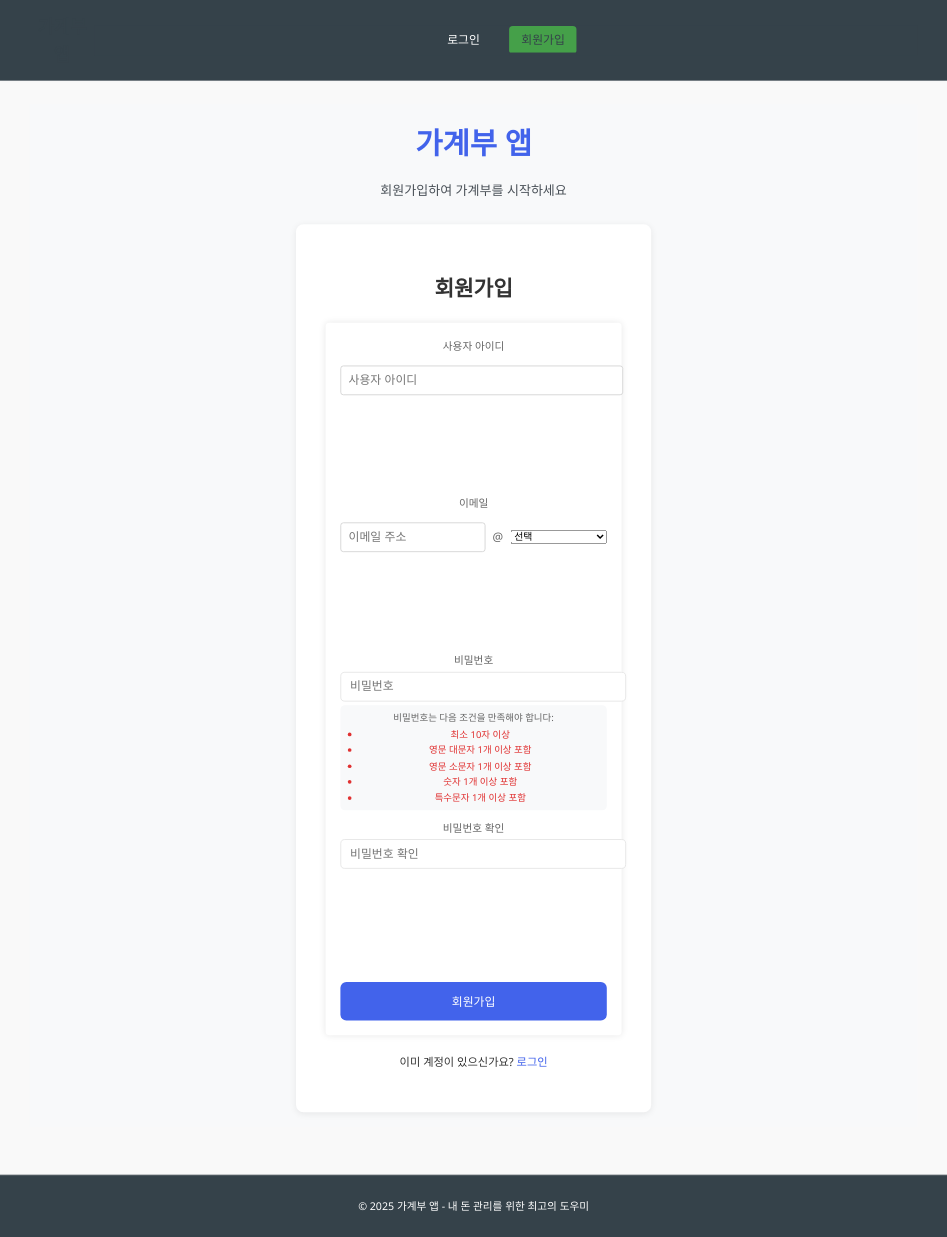
Repository: dldnwls07/Register_Login_Form
Page: /register
An editor plug-in stored every save of this project. The page is shown before and after the next save, followed by the edit.
The browser window is 1280 px wide. The pictures show the whole page, at 74% of full size.
The project was rebuilt for these pictures with package versions that can differ from the ones it lists, and the page was loaded fresh each time. Also part of the build but not shown: src/components/Summary.jsx, src/styles/pages/MainPage.css, src/pages/MainPage.jsx, src/utils/categoryData.js, src/components/CategorySelector.jsx, src/components/EntryForm.jsx, src/components/EntryTable.jsx, src/components/SearchBar.jsx and 15 more.

Above is the page before, as saved 2025-05-23 14:11:57.

### public/index.html
<!DOCTYPE html>
<html lang="en">
<head>
    <meta charset="UTF-8">
    <meta name="viewport" content="width=device-width, initial-scale=1.0">
    <title>My Money App</title>
</head>
<body>
    <div id="root"></div>
</body>
</html>

### src/styles/App.css
/* Added CSS variables for theme */
:root {
  --background-light: #f9f9f9;
  --background-dark: #121212;
  --text-light: #333;
  --text-dark: #eee;
  --primary-color: #35424a;
  --accent-color: #45a049;
  --border-radius: 5px;
  --box-shadow: 0 0 10px rgba(0, 0, 0, 0.1);
}

body {
  font-family: 'Segoe UI', Tahoma, Geneva, Verdana, sans-serif;
  background-color: var(--background-light);
  color: var(--text-light);
  margin: 0;
  padding: 0;
}

.dark body {
  background-color: var(--background-dark);
  color: var(--text-dark);
}

.container {
    width: 80%;
    margin: auto;
    overflow: hidden;
}

header {
    background: #35424a;
    color: #ffffff;
    padding: 10px 0;
    text-align: center;
}

h1 {
    margin: 0;
}

form {
    background: #ffffff;
    padding: 20px;
    border-radius: 5px;
    box-shadow: 0 0 10px rgba(0, 0, 0, 0.1);
}

input[type="text"],
input[type="number"] {
    width: 100%;
    padding: 10px;
    margin: 10px 0;
    border: 1px solid #ccc;
    border-radius: 4px;
}

button {
    background: #35424a;
    color: #ffffff;
    border: none;
    padding: 10px 15px;
    border-radius: 5px;
    cursor: pointer;
}

button:hover {
    background: #45a049;
}

.table {
    width: 100%;
    margin-top: 20px;
    border-collapse: collapse;
}

.table th,
.table td {
    border: 1px solid #ddd;
    padding: 8px;
}

.table th {
    background-color: #35424a;
    color: white;
}

.summary {
    background: #ffffff;
    padding: 20px;
    border-radius: 5px;
    box-shadow: 0 0 10px rgba(0, 0, 0, 0.1);
    margin-top: 20px;
}

.pie-chart {
    margin-top: 20px;
}

/* Added media query for responsiveness */
@media (max-width: 768px) {
  .entry-form {
    flex-direction: column;
  }
}

/* 앱 레이아웃 스타일 */
.App {
  display: flex;
  flex-direction: column;
  min-height: 100vh;
}

.App-header {
  background-color: var(--primary-color);
  color: white;
  padding: 1rem 0;
  text-align: center;
}

.App-content {
  flex: 1;
  padding: 2rem;
  max-width: 1200px;
  margin: 0 auto;
  width: 100%;
}

.App-footer {
  background-color: var(--primary-color);
  color: white;
  text-align: center;
  padding: 1rem 0;
  margin-top: 2rem;
}

/* 네비게이션 스타일 */
.main-navigation {
  background-color: var(--primary-color);
  padding: 0.5rem 0;
}

.nav-links {
  display: flex;
  justify-content: center;
  gap: 1.5rem;
  padding: 0;
  margin: 0;
}

.nav-links a {
  color: white;
  text-decoration: none;
  padding: 0.5rem 1rem;
  border-radius: var(--border-radius);
  transition: background-color 0.3s;
}

.nav-links a:hover, .nav-links a.active {
  background-color: var(--accent-color);
}

/* 카드 스타일 */
.navigation-links {
  display: grid;
  grid-template-columns: repeat(auto-fit, minmax(300px, 1fr));
  gap: 2rem;
  margin-top: 2rem;
}

.nav-card {
  background-color: white;
  padding: 1.5rem;
  border-radius: var(--border-radius);
  box-shadow: var(--box-shadow);
  transition: transform 0.3s, box-shadow 0.3s;
}

.nav-card:hover {
  transform: translateY(-5px);
  box-shadow: 0 10px 20px rgba(0, 0, 0, 0.15);
}

.nav-link {
  text-decoration: none;
  color: var(--text-light);
}

/* 페이지 스타일 */
.main-page, .spending-page, .goal-page, .analysis-page {
  padding: 1rem 0;
}

.back-link {
  margin-bottom: 2rem;
}

.back-link a {
  color: var(--primary-color);
  text-decoration: none;
  display: flex;
  align-items: center;
  gap: 0.5rem;
}

.back-link a:hover {
  text-decoration: underline;
}

/* 콘텐츠 레이아웃 */
.spending-content, .goal-content, .analysis-content {
  display: grid;
  grid-template-columns: 1fr;
  gap: 2rem;
}

@media (min-width: 768px) {
  .spending-content, .goal-content, .analysis-content {
    grid-template-columns: repeat(2, 1fr);
  }
}

### src/pages/auth/RegisterPage.jsx
import React from 'react';
import { useNavigate } from 'react-router-dom';
import RegisterForm from '../../components/RegisterForm';
import '../../styles/pages/AuthPage.css';

const RegisterPage = () => {
  const navigate = useNavigate();

  const handleRegisterSuccess = () => {
    navigate('/login', {
      state: { message: '회원가입에 성공했습니다. 로그인해주세요.' }
    });
  };

  return (
    <div className="auth-page">
      <div className="auth-container">
        <h1>가계부 앱</h1>
        <p className="auth-description">회원가입하여 가계부를 시작하세요</p>
        <RegisterForm onRegisterSuccess={handleRegisterSuccess} />
      </div>
    </div>
  );
};

export default RegisterPage;

### src/components/Navigation.jsx
import React from 'react';
import { Link, useLocation } from 'react-router-dom';
import { useAuth } from '../hooks/useAuth';

const Navigation = () => {
  const location = useLocation();
  const { user } = useAuth();

  return (
    <nav className="main-navigation">
      <ul className="nav-links">
        {user ? (
          // 로그인된 사용자용 메뉴
          <>
            <li>
              <Link to="/" className={location.pathname === '/' ? 'active' : ''}>
                대시보드
              </Link>
            </li>
            <li>
              <Link to="/spending" className={location.pathname === '/spending' ? 'active' : ''}>
                지출 관리
              </Link>
            </li>
            <li>
              <Link to="/goal" className={location.pathname === '/goal' ? 'active' : ''}>
                목표 설정
              </Link>
            </li>
            <li>
              <Link to="/analysis" className={location.pathname === '/analysis' ? 'active' : ''}>
                지출 분석
              </Link>
            </li>
            <li>
              <Link to="/profile" className={location.pathname === '/profile' ? 'active' : ''}>
                프로필
              </Link>
            </li>
          </>
        ) : (
          // 로그인되지 않은 사용자용 메뉴
          <>
            <li>
              <Link to="/login" className={location.pathname === '/login' ? 'active' : ''}>
                로그인
              </Link>
            </li>
            <li>
              <Link to="/register" className={location.pathname === '/register' ? 'active' : ''}>
                회원가입
              </Link>
            </li>
          </>
        )}
      </ul>
    </nav>
  );
};

export default Navigation;

### src/styles/Common.css
/* 공통 스타일 - 네비게이션, 헤더, 푸터 등 공통 요소 디자인 */

:root {
  --primary-color: #2D7FF9;
  --accent-color: #00D1D1;
  --text-color: #333333;
  --text-light: #666666;
  --background-color: #F5F7FC;
  --card-background: #FFFFFF;
  --border-radius: 16px;
  --box-shadow: 0 2px 10px rgba(0, 0, 0, 0.05);
  --hover-shadow: 0 10px 20px rgba(0, 0, 0, 0.1);
  --transition: 0.2s ease;
}

body {
  font-family: 'Pretendard', -apple-system, BlinkMacSystemFont, system-ui, Roboto, 'Helvetica Neue', 'Segoe UI', sans-serif;
  background-color: var(--background-color);
  color: var(--text-color);
  margin: 0;
  padding: 0;
  line-height: 1.6;
}

/* 앱 레이아웃 */
.App {
  display: flex;
  flex-direction: column;
  min-height: 100vh;
}

/* 헤더 스타일 */
.App-header {
  background-color: var(--card-background);
  box-shadow: 0 1px 5px rgba(0, 0, 0, 0.03);
  padding: 1.25rem 0;
  position: sticky;
  top: 0;
  z-index: 100;
}

.header-container {
  display: flex;
  flex-direction: column;
  align-items: center;
  max-width: 1200px;
  margin: 0 auto;
  padding: 0 1.5rem;
}

@media (min-width: 768px) {
  .header-container {
    flex-direction: row;
    justify-content: space-between;
  }
}

.App-header h1 {
  font-size: 1.5rem;
  font-weight: 700;
  color: var(--primary-color);
  margin: 0;
}

/* 메인 컨텐츠 스타일 */
.App-content {
  flex: 1;
  max-width: 1200px;
  margin: 0 auto;
  width: 100%;
  padding: 2rem 1.5rem;
}

/* 푸터 스타일 */
.App-footer {
  background-color: var(--card-background);
  padding: 1.5rem 0;
  margin-top: 3rem;
  text-align: center;
  font-size: 0.9rem;
  color: var(--text-light);
  border-top: 1px solid #eaeaea;
}

/* 네비게이션 스타일 */
.main-navigation {
  width: 100%;
  display: flex;
  justify-content: center;
  margin-top: 1rem;
}

@media (min-width: 768px) {
  .main-navigation {
    margin-top: 0;
  }
}

.nav-links {
  display: flex;
  gap: 1.5rem;
  padding: 0;
  margin: 0;
  list-style: none;
}

.nav-links a {
  color: var(--text-light);
  text-decoration: none;
  font-size: 1rem;
  font-weight: 500;
  padding: 0.5rem;
  transition: color var(--transition);
  position: relative;
}

.nav-links a:before {
  content: '';
  position: absolute;
  bottom: 0;
  left: 0;
  width: 0;
  height: 2px;
  background-color: var(--primary-color);
  transition: width var(--transition);
}

.nav-links a:hover, .nav-links a.active {
  color: var(--primary-color);
}

.nav-links a:hover:before, .nav-links a.active:before {
  width: 100%;
}

### src/styles/pages/AuthPage.css
/* 인증 페이지 스타일 */
.auth-page {
  display: flex;
  justify-content: center;
  align-items: center;
  min-height: 100vh;
  background-color: #f8f9fa;
}

.auth-container {
  width: 100%;
  max-width: 500px;
  padding: 20px;
  text-align: center;
}

.auth-page h1 {
  font-size: 2.5rem;
  margin-bottom: 0.5rem;
  color: #4263eb;
  font-weight: 700;
}

.auth-description {
  font-size: 1.1rem;
  color: #495057;
  margin-bottom: 2rem;
}

/* 반응형 조정 */
@media (max-width: 576px) {
  .auth-container {
    padding: 15px;
  }

  .auth-page h1 {
    font-size: 2rem;
  }

  .auth-description {
    font-size: 1rem;
  }
}

### src/styles/components/GoalSetter.css
/* GoalSetter 컴포넌트 스타일 */
.goal-setter {
  background-color: #fff;
  border-radius: 12px;
  padding: 24px;
  box-shadow: 0 2px 8px rgba(0, 0, 0, 0.08);
  margin-bottom: 24px;
}

.goal-setter h2 {
  font-size: 1.5rem;
  margin-bottom: 20px;
  color: #333;
  font-weight: 600;
}

.goal-form {
  margin-bottom: 24px;
  display: flex;
  flex-wrap: wrap;
  gap: 16px;
}

.form-group {
  flex: 1 1 200px;
  margin-bottom: 16px;
}

.form-group label {
  display: block;
  font-size: 0.9rem;
  margin-bottom: 6px;
  color: #666;
  font-weight: 500;
}

.form-group input {
  width: 100%;
  padding: 12px 16px;
  border: 1px solid #e0e0e0;
  border-radius: 8px;
  font-size: 1rem;
  transition: border 0.2s;
}

.form-group input:focus {
  border-color: #4263eb;
  outline: none;
}

.input-with-icon {
  position: relative;
}

.input-with-icon input {
  padding-right: 40px;
}

.currency-symbol {
  position: absolute;
  right: 16px;
  top: 50%;
  transform: translateY(-50%);
  color: #888;
}

.goal-submit-button {
  background-color: #4263eb;
  color: white;
  border: none;
  border-radius: 8px;
  padding: 12px 24px;
  font-size: 1rem;
  font-weight: 500;
  cursor: pointer;
  transition: background 0.2s;
}

.goal-submit-button:hover {
  background-color: #3249b1;
}

.goal-status {
  background-color: #f8f9fa;
  border-radius: 8px;
  padding: 20px;
}

.goal-header {
  display: flex;
  justify-content: space-between;
  align-items: center;
  margin-bottom: 16px;
}

.goal-header h3 {
  font-size: 1.2rem;
  font-weight: 500;
  margin: 0;
}

.achievement-toggle {
  display: flex;
  align-items: center;
  gap: 8px;
}

/* 토글 스위치 스타일 */
.switch {
  position: relative;
  display: inline-block;
  width: 48px;
  height: 24px;
}

.switch input {
  opacity: 0;
  width: 0;
  height: 0;
}

.slider {
  position: absolute;
  cursor: pointer;
  top: 0;
  left: 0;
  right: 0;
  bottom: 0;
  background-color: #ccc;
  transition: .4s;
}

.slider:before {
  position: absolute;
  content: "";
  height: 18px;
  width: 18px;
  left: 3px;
  bottom: 3px;
  background-color: white;
  transition: .4s;
}

input:checked + .slider {
  background-color: #4263eb;
}

input:focus + .slider {
  box-shadow: 0 0 1px #4263eb;
}

input:checked + .slider:before {
  transform: translateX(24px);
}

/* 둥근 슬라이더 */
.slider.round {
  border-radius: 34px;
}

.slider.round:before {
  border-radius: 50%;
}

/* 진행바 스타일 */
.progress-bar-container {
  height: 10px;
  background-color: #e9ecef;
  border-radius: 5px;
  overflow: hidden;
  margin-bottom: 8px;
}

.progress-bar {
  height: 100%;
  background-color: #4263eb;
  border-radius: 5px;
  transition: width 0.5s ease-in-out;
}

.progress-bar.exceeded {
  background-color: #e03131;
}

.progress-details {
  display: flex;
  justify-content: space-between;
  align-items: center;
  margin-bottom: 16px;
}

.progress-percentage {
  font-weight: 600;
  color: #333;
  margin: 0;
}

.progress-numbers {
  display: flex;
  justify-content: space-between;
  width: 100%;
  color: #666;
  font-size: 0.9rem;
  margin: 8px 0 0;
}

.goal-status-message {
  padding: 12px;
  border-radius: 6px;
  margin-top: 16px;
}

.goal-status-message.remaining {
  background-color: #e6f4ea;
}

.goal-status-message.exceeded {
  background-color: #fde7e9;
}

.goal-status-message .alert {
  color: #c92a2a;
  display: flex;
  align-items: center;
  gap: 8px;
}

.goal-status-message .success {
  color: #2b8a3e;
  display: flex;
  align-items: center;
  gap: 8px;
}

.goal-status-message .icon {
  font-size: 1.2rem;
}

.no-goal-message {
  text-align: center;
  padding: 24px;
  background-color: #f8f9fa;
  border-radius: 8px;
  color: #666;
}

.no-goal-message p:first-child {
  font-size: 1.1rem;
  font-weight: 500;
  margin-bottom: 8px;
}

@media (max-width: 768px) {
  .goal-form {
    flex-direction: column;
    gap: 12px;
  }

  .goal-header {
    flex-direction: column;
    align-items: flex-start;
    gap: 12px;
  }

  .achievement-toggle {
    width: 100%;
    justify-content: flex-start;
  }
}

### src/styles/components/AuthForm.css
/* 인증 폼 스타일 (로그인/회원가입) */

.auth-form-container {
  max-width: 400px;
  margin: 0 auto;
  padding: 40px;
  background-color: #fff;
  border-radius: 10px;
  box-shadow: 0 2px 10px rgba(0, 0, 0, 0.08);
}

.auth-title {
  font-size: 1.8rem;
  margin-bottom: 24px;
  color: #333;
  font-weight: 600;
  text-align: center;
}

.auth-form {
  display: flex;
  flex-direction: column;
  gap: 10px;
}

.form-group {
  display: flex;
  flex-direction: column;
  margin-bottom: 2px;
}

.form-group label {
  font-size: 0.9rem;
  margin-bottom: 4px;
  color: #666;
  font-weight: 500;
}

.form-group input {
  padding: 10px 12px;
  border: 1px solid #e0e0e0;
  border-radius: 6px;
  font-size: 1rem;
  transition: border 0.2s;
}

.form-group input:focus {
  border-color: #4263eb;
  outline: none;
  box-shadow: 0 0 0 2px rgba(66, 99, 235, 0.1);
}

.form-group input[disabled] {
  background-color: #f8f9fa;
  cursor: not-allowed;
}

.input-error {
  color: #e03131;
  font-size: 0.85rem;
  margin-top: 6px;
}

.auth-button {
  background-color: #4263eb;
  color: white;
  border: none;
  border-radius: 8px;
  padding: 14px;
  font-size: 1rem;
  font-weight: 500;
  cursor: pointer;
  margin-top: 8px;
  transition: background 0.2s;
}

.auth-button:hover {
  background-color: #3249b1;
}

.auth-button:disabled {
  background-color: #adb5bd;
  cursor: not-allowed;
}

.auth-button.loading {
  position: relative;
  opacity: 0.8;
}

.auth-button.loading::after {
  content: '';
  position: absolute;
  width: 20px;
  height: 20px;
  top: 50%;
  left: 50%;
  margin-left: -10px;
  margin-top: -10px;
  border: 3px solid rgba(255, 255, 255, 0.3);
  border-radius: 50%;
  border-top-color: #fff;
  animation: spin 1s ease-in-out infinite;
}

@keyframes spin {
  to { transform: rotate(360deg); }
}

.auth-links {
  margin-top: 24px;
  text-align: center;
  font-size: 0.95rem;
}

.auth-links a {
  color: #4263eb;
  text-decoration: none;
  font-weight: 500;
}

.auth-links a:hover {
  text-decoration: underline;
}

.auth-error-message,
.auth-success-message {
  padding: 12px;
  margin-bottom: 20px;
  border-radius: 8px;
  font-size: 0.95rem;
}

.auth-error-message {
  background-color: #fff5f5;
  color: #e03131;
  border-left: 4px solid #e03131;
}

.auth-success-message {
  background-color: #f4fce3;
  color: #2b8a3e;
  border-left: 4px solid #2b8a3e;
}

/* 비밀번호 강도 표시 스타일 */
.password-strength {
  margin-top: 3px;
  margin-bottom: 5px;
}

.strength-meter {
  height: 3px;
  background-color: #e0e0e0;
  border-radius: 2px;
  margin-bottom: 3px;
  position: relative;
  overflow: hidden;
}

.strength-bar {
  height: 100%;
  border-radius: 2px;
  transition: width 0.3s ease;
}

.strength-bar.strength-매우\ 약함 {
  background-color: #ff4d4d;
}

.strength-bar.strength-약함 {
  background-color: #ffa64d;
}

.strength-bar.strength-중간 {
  background-color: #ffdd4d;
}

.strength-bar.strength-강함 {
  background-color: #4cd964;
}

.strength-text {
  font-size: 12px;
  display: block;
}

.strength-text.strength-매우\ 약함 {
  color: #ff4d4d;
}

.strength-text.strength-약함 {
  color: #ffa64d;
}

.strength-text.strength-중간 {
  color: #8a8a8a;
}

.strength-text.strength-강함 {
  color: #4cd964;
}

/* 새로 추가된 스타일 */
.email-group {
  display: flex;
  align-items: center;
  gap: 5px;
}

.email-prefix {
  flex: 1;
}

.email-at {
  margin: 0 5px;
  color: #666;
}

.email-domain {
  width: 130px;
}

.custom-domain {
  margin-top: 10px;
}

.custom-domain input {
  width: 100%;
}

.password-input-container {
  position: relative;
  display: flex;
  align-items: center;
}

.password-input-container input {
  width: 100%;
}

.toggle-password-btn {
  position: absolute;
  right: 10px;
  top: 50%;
  transform: translateY(-50%);
  background: none;
  border: none;
  color: #666;
  font-size: 0.85rem;
  cursor: pointer;
  padding: 3px 6px;
  border-radius: 3px;
}

.toggle-password-btn:hover {
  background-color: #f1f3f5;
}

.input-error-field {
  border-color: #e03131 !important;
}

.password-policy {
  font-size: 0.8rem;
  color: #666;
  margin-top: 5px;
  padding: 6px 8px;
  background-color: #f8f9fa;
  border-radius: 6px;
}

.password-policy p {
  margin-top: 0;
  margin-bottom: 3px;
  font-weight: 500;
}

.password-policy ul {
  margin: 0;
  padding-left: 18px;
}

.password-policy li {
  margin-bottom: 1px;
}

.password-policy li.met {
  color: #2b8a3e;
}

.password-policy li.not-met {
  color: #e03131;
}

.form-options {
  display: flex;
  justify-content: space-between;
  align-items: center;
  margin: 15px 0;
  font-size: 0.9rem;
}

.remember-me {
  display: flex;
  align-items: center;
}

.remember-me input[type="checkbox"] {
  margin-right: 5px;
}

.forgot-password-link {
  color: #5c7cfa;
  text-decoration: none;
}

.forgot-password-link:hover {
  text-decoration: underline;
}

.auth-warning-message {
  margin-top: 12px;
  padding: 8px;
  border-radius: 6px;
  background-color: #fff9db;
  color: #f08c00;
  font-size: 0.85rem;
  border-left: 3px solid #f08c00;
}

/* 반응형 */
@media (max-width: 480px) {
  .auth-form-container {
    padding: 20px;
    border-radius: 8px;
  }

  .auth-title {
    font-size: 1.5rem;
    margin-bottom: 20px;
  }
}

Loaded but not shown: src/utils/authService.js (592 lines, source omitted); src/utils/authUtils.js (248 lines, source omitted); src/utils/browserDBService2.js (196 lines, source omitted); src/utils/cryptoUtils.js (175 lines, source omitted); src/utils/browserDBService.js (137 lines, source omitted); src/utils/browserDBService3.js (78 lines, source omitted); src/utils/storageKeys.js (68 lines, source omitted); src/utils/localStorageUtil.js (43 lines, source omitted); src/utils/dbServiceWrapper.js (25 lines, source omitted); src/index.js (12 lines, source omitted); src/hooks/useAuth.js (14 lines, source omitted); src/components/RegisterForm.jsx (345 lines, source omitted); src/App.jsx (208 lines, source omitted); src/styles/pages/ProfilePage.css (373 lines, source omitted); src/context/AuthContext.jsx (170 lines, source omitted)

After the next save:
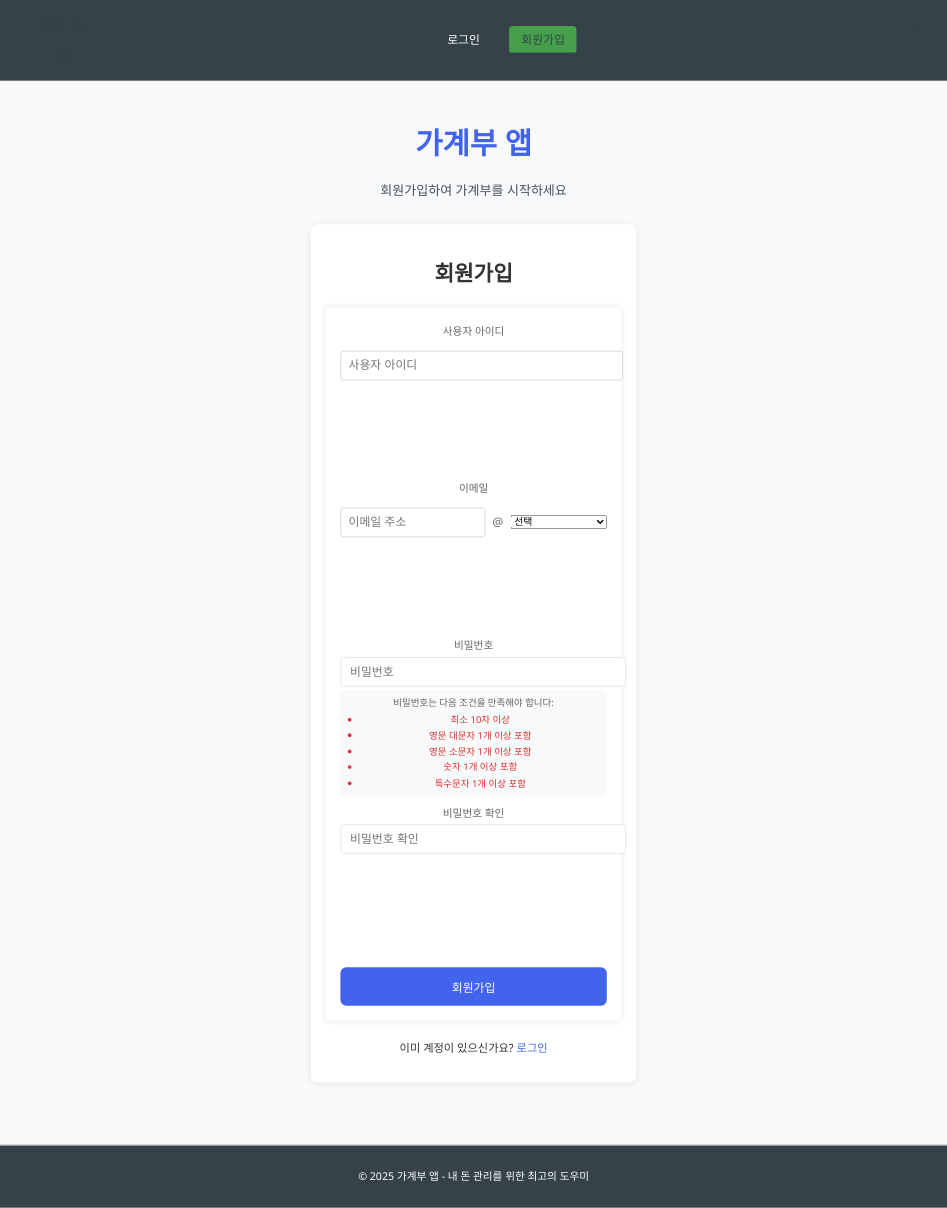
Saved 7 s later.
--- a/src/styles/components/AuthForm.css
+++ b/src/styles/components/AuthForm.css
@@ -3,7 +3,7 @@
 .auth-form-container {
   max-width: 400px;
   margin: 0 auto;
-  padding: 40px;
+  padding: 20px;
   background-color: #fff;
   border-radius: 10px;
   box-shadow: 0 2px 10px rgba(0, 0, 0, 0.08);
